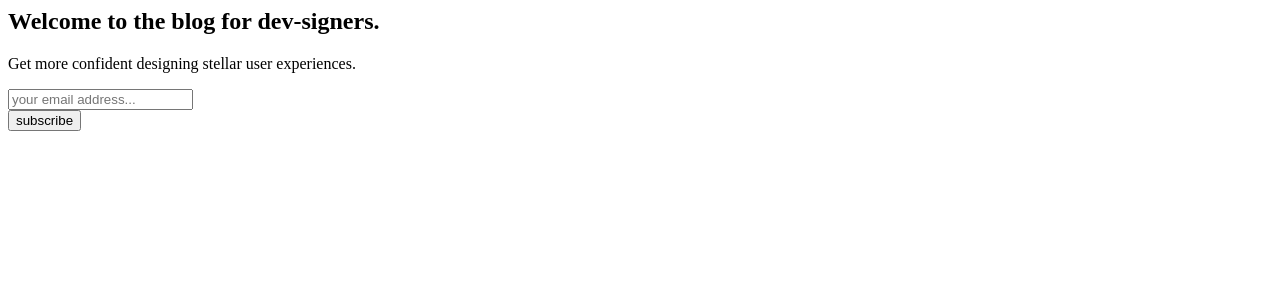
Repository: bradeneast/bradeneast.com
Page: pages/blog/index.html
An editor plug-in stored every save of this project. The page is shown before and after the next save, followed by the edit.
The browser window is 1280 px wide. The pictures show the whole page.

Above is the page before, as saved 2019-10-12 10:43:19.

After the next save:
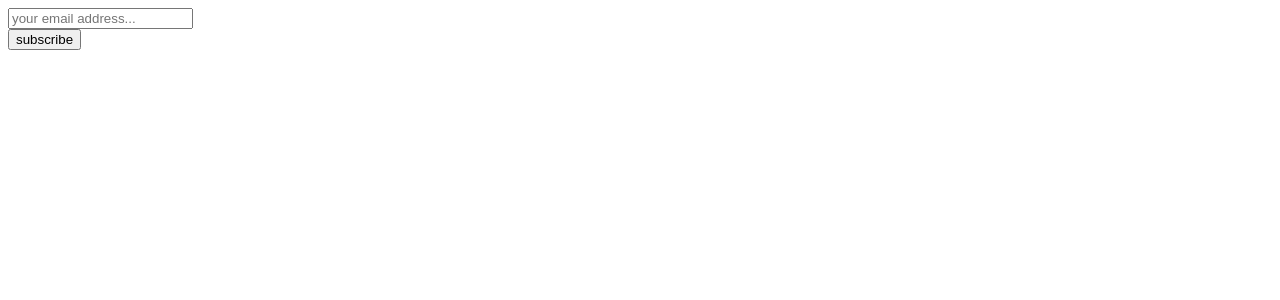
Saved 18 s later.
--- a/pages/blog/index.html
+++ b/pages/blog/index.html
@@ -4,12 +4,8 @@
 -->
 <section>
     <div>
-        <h1 id="blog-headline" data-load="clip">
-            Welcome to the blog for dev-signers.
-        </h1>
-        <p id="blog-tagline" data-load="move">
-            Get more confident designing stellar user experiences.
-        </p>
+        <h1 id="blog-headline" data-load="clip"></h1>
+        <p id="blog-tagline" data-load="move"></p>
 
         <div id="mc_embed_signup">
 
